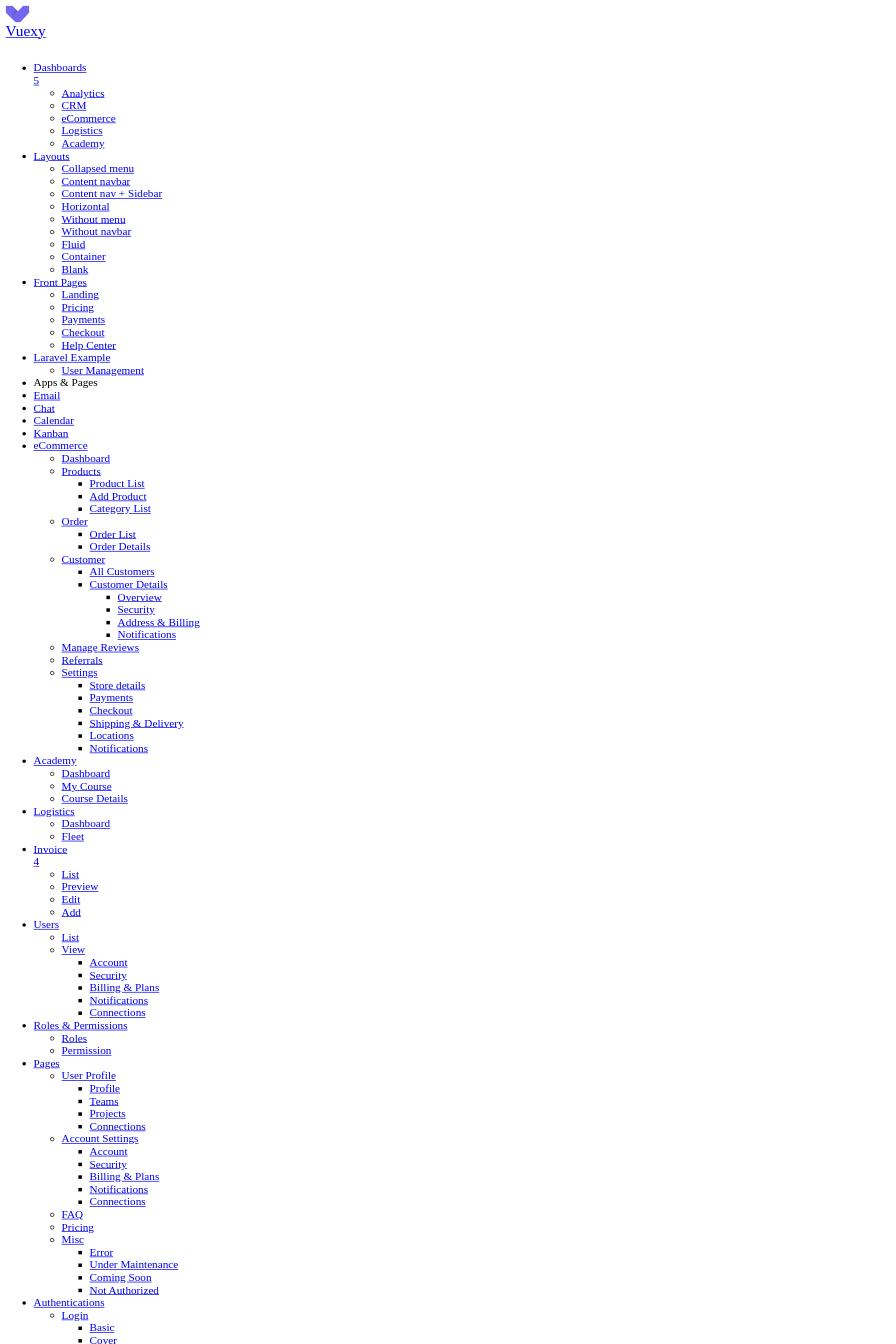
Repository: fahritech04/full-version-vuexy
Page: http://localhost/app/invoice/preview
An editor plug-in stored every save of this project. The page is shown before and after the next save, followed by the edit.
The browser window is 1280 px wide. The pictures show the part of the page from y = 0 to 1920 px (the page is 6890 px tall before and 7126 px after), at 70% of full size.
Some web fonts or font styles are not loaded; a fallback is used. The page is served by the project's Laravel application, run on PHP 8.4 with Laravel 10.

Above is the page before, as saved 2024-04-03 12:00:35.
Console error: ReferenceError: TemplateCustomizer is not defined

After the next save:
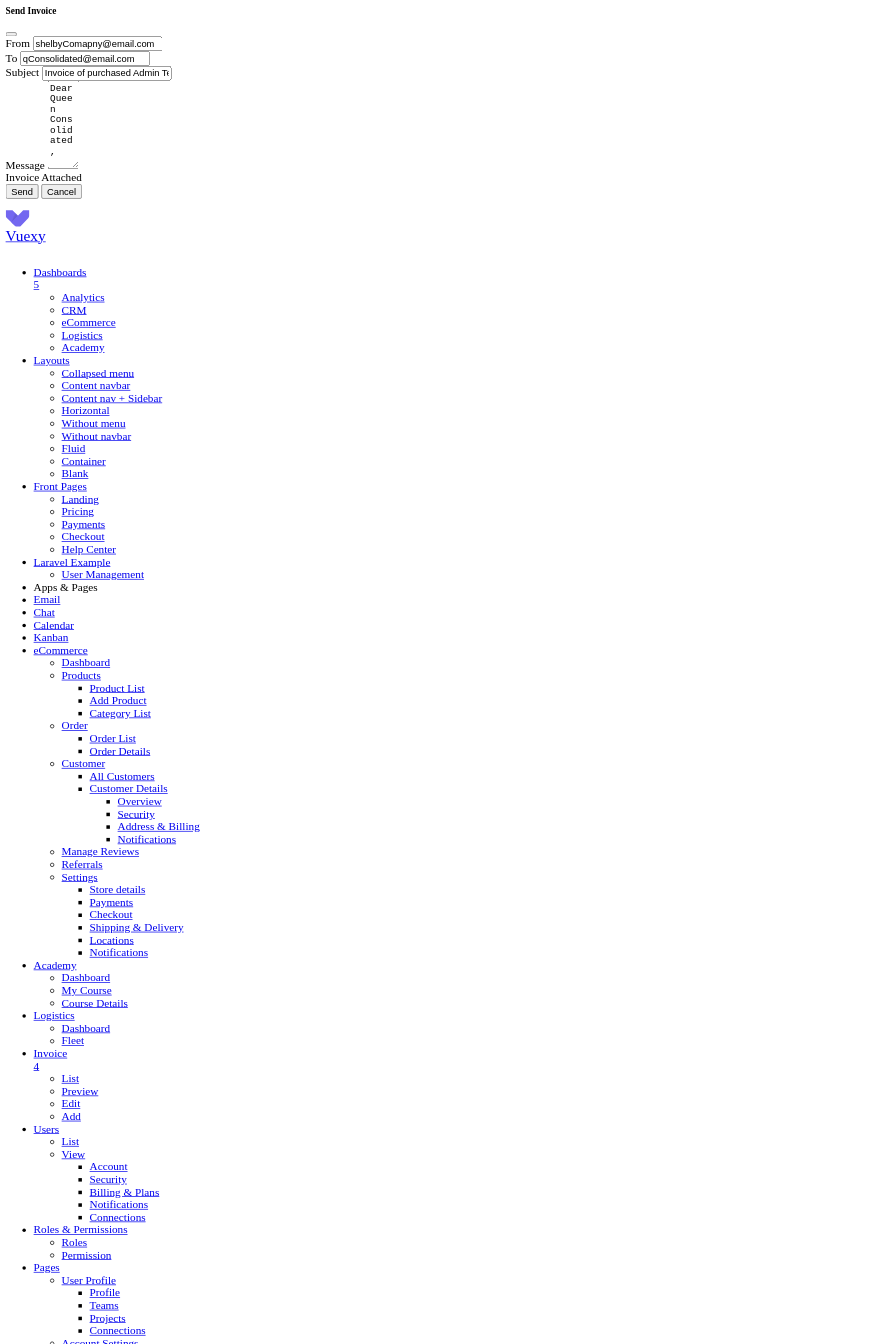
Saved 44 min 11 s later.
--- a/resources/views/content/apps/app-invoice-preview.blade.php
+++ b/resources/views/content/apps/app-invoice-preview.blade.php
@@ -11,8 +11,6 @@
 @endsection
 
 @section('page-script')
-<script src="{{asset('assets/js/offcanvas-add-payment.js')}}"></script>
-<script src="{{asset('assets/js/offcanvas-send-invoice.js')}}"></script>
 @endsection
 
 @section('vendor-script')
@@ -202,3 +200,46 @@
 @include('_partials/_offcanvas/offcanvas-add-payment')
 <!-- /Offcanvas -->
 @endsection
+
+
+<!-- Send Invoice Sidebar -->
+<div class="offcanvas offcanvas-end" id="sendInvoiceOffcanvas" aria-hidden="true">
+  <div class="offcanvas-header my-1">
+    <h5 class="offcanvas-title">Send Invoice</h5>
+    <button type="button" class="btn-close text-reset" data-bs-dismiss="offcanvas" aria-label="Close"></button>
+  </div>
+  <div class="offcanvas-body pt-0 flex-grow-1">
+    <form>
+      <div class="mb-3">
+        <label for="invoice-from" class="form-label">From</label>
+        <input type="text" class="form-control" id="invoice-from" value="shelbyComapny@email.com" placeholder="company@email.com" />
+      </div>
+      <div class="mb-3">
+        <label for="invoice-to" class="form-label">To</label>
+        <input type="text" class="form-control" id="invoice-to" value="qConsolidated@email.com" placeholder="company@email.com" />
+      </div>
+      <div class="mb-3">
+        <label for="invoice-subject" class="form-label">Subject</label>
+        <input type="text" class="form-control" id="invoice-subject" value="Invoice of purchased Admin Templates" placeholder="Invoice regarding goods" />
+      </div>
+      <div class="mb-3">
+        <label for="invoice-message" class="form-label">Message</label>
+        <textarea class="form-control" name="invoice-message" id="invoice-message" cols="3" rows="8">Dear Queen Consolidated,
+          Thank you for your business, always a pleasure to work with you!
+          We have generated a new invoice in the amount of $95.59
+          We would appreciate payment of this invoice by 05/11/2021</textarea>
+      </div>
+      <div class="mb-4">
+        <span class="badge bg-label-primary">
+          <i class="ti ti-link ti-xs"></i>
+          <span class="align-middle">Invoice Attached</span>
+        </span>
+      </div>
+      <div class="mb-3 d-flex flex-wrap">
+        <button type="button" class="btn btn-primary me-3" data-bs-dismiss="offcanvas">Send</button>
+        <button type="button" class="btn btn-label-secondary" data-bs-dismiss="offcanvas">Cancel</button>
+      </div>
+    </form>
+  </div>
+</div>
+<!-- /Send Invoice Sidebar -->
